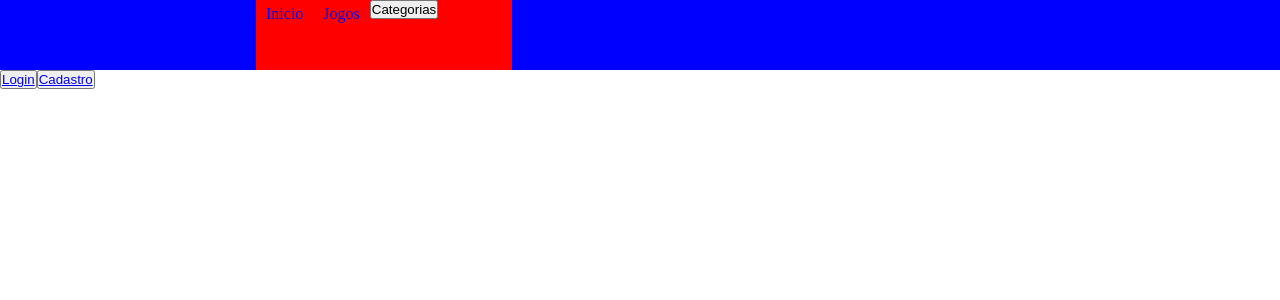
Repository: MarcoantonioCaldeira/Projeto-Go-Gamming
Page: /
An editor plug-in stored every save of this project. The page is shown before and after the next save, followed by the edit.
The browser window is 1280 px wide. The pictures show the whole page.
The project was rebuilt for these pictures with package versions that can differ from the ones it lists, and the page was loaded fresh each time. Also part of the build but not shown: src/pages/Inicio/estilo.css, src/pages/rodape/rodape.js, src/pages/Inicio/Inicio.js, src/pages/Jogos/Jogos.js, src/pages/Categorias/Acao.js, src/pages/Categorias/Aventura.js, src/pages/Categorias/Arcades.js, src/pages/Categorias/Familia.js and 7 more.

Above is the page before, as saved 2023-02-05 13:55:45.

After the next save:
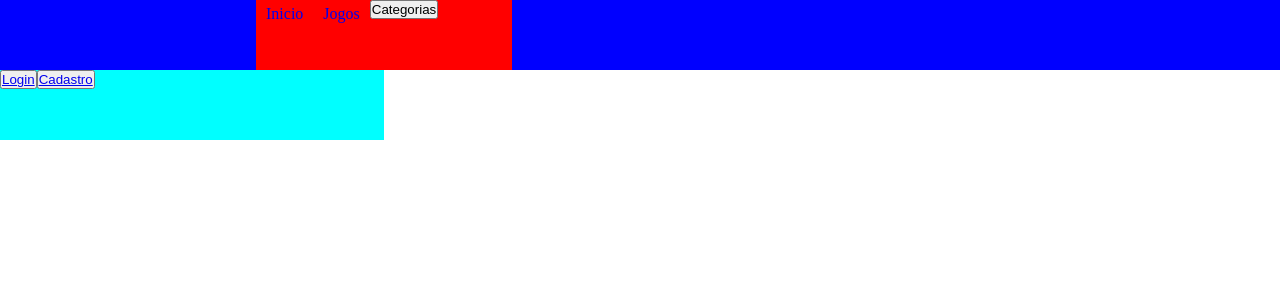
Saved 33 s later.
--- a/src/pages/Menu/estilo.css
+++ b/src/pages/Menu/estilo.css
@@ -78,3 +78,9 @@
   }
 
   /* Area do Cliente */
+
+  #Area_Cliente{
+    width: 30%;
+    height: 70px;
+    background-color: aqua;
+  }

After the save that followed:
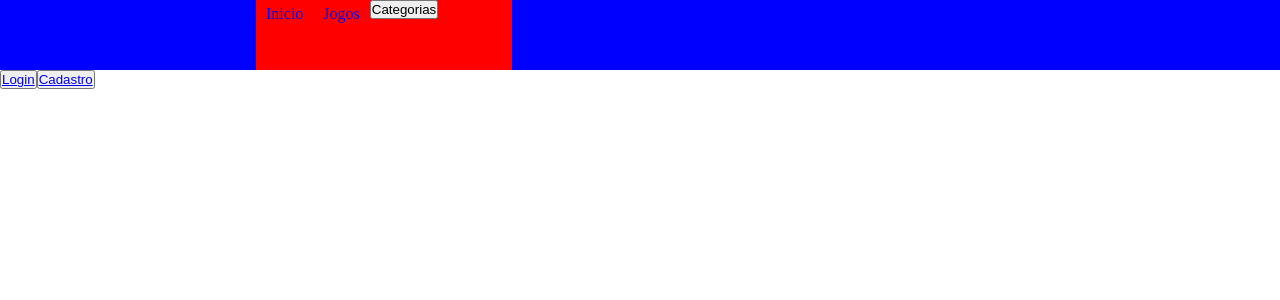
Saved 108 s later.
--- a/src/pages/Menu/Menu.js
+++ b/src/pages/Menu/Menu.js
@@ -28,7 +28,7 @@
                   </div>
             </div>
           </ul>
-          <div id="Area_Cliente">
+          <div id="area_cliente">
             <button id="Button_Login"><Link to="./Login">Login</Link></button>
             <button id="Button_Cadastro"><Link to="./Cadastro">Cadastro</Link></button>
           </div>
